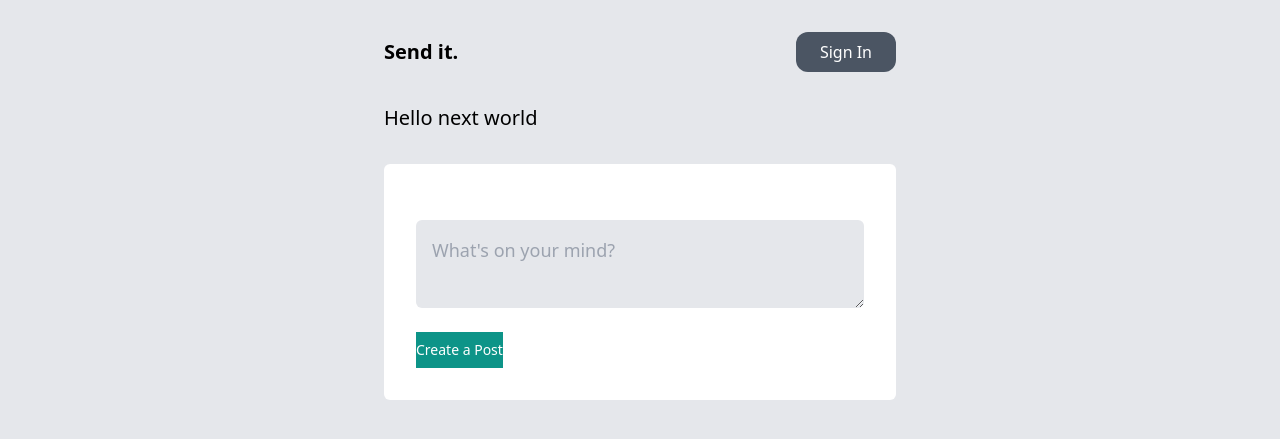
Repository: AMT98/SEND-IT
Page: /
The author's editor kept a copy of each file at every save. The page is drawn from the files as they stood at one save, then again after a run of saves.
The browser window is 1280 px wide. The pictures show the whole page.
The page's requests for data from a server got no answer. The project was rebuilt for these pictures with package versions that can differ from the ones it lists, and the page was loaded fresh each time. The framework's server and built-in components were replaced by stand-ins that run in the browser. No one was signed in, and anything a server would have sent is missing. Also part of the build but not shown: next.config.js, app/auth/Logged.tsx.

Above is the page before, as saved 2023-02-14 17:05:00.

After the next 3 saves:
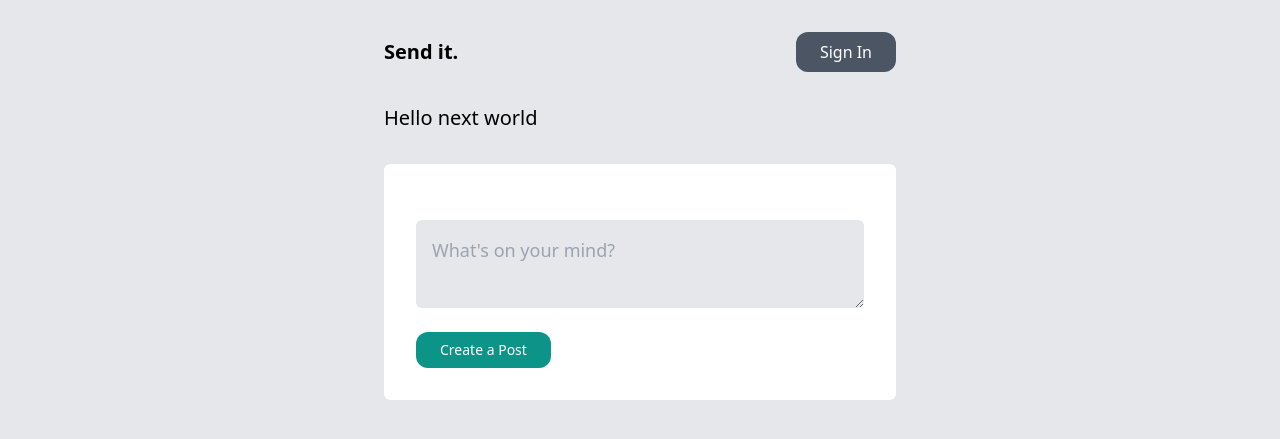
The 3 saves are shown as one change because they came seconds apart.
The last was saved 9 s later.
--- a/app/components/AddPost.tsx
+++ b/app/components/AddPost.tsx
@@ -19,7 +19,7 @@ export default function CreatePost() {
         <button
           disabled={isDisabled}
           type="submit"
-          className="text-sm bg-teal-600 text-white py-2 "
+          className="text-sm bg-teal-600 text-white py-2 px-6 rounded-xl disabled:opacity-25"
         >
           Create a Post
         </button>
